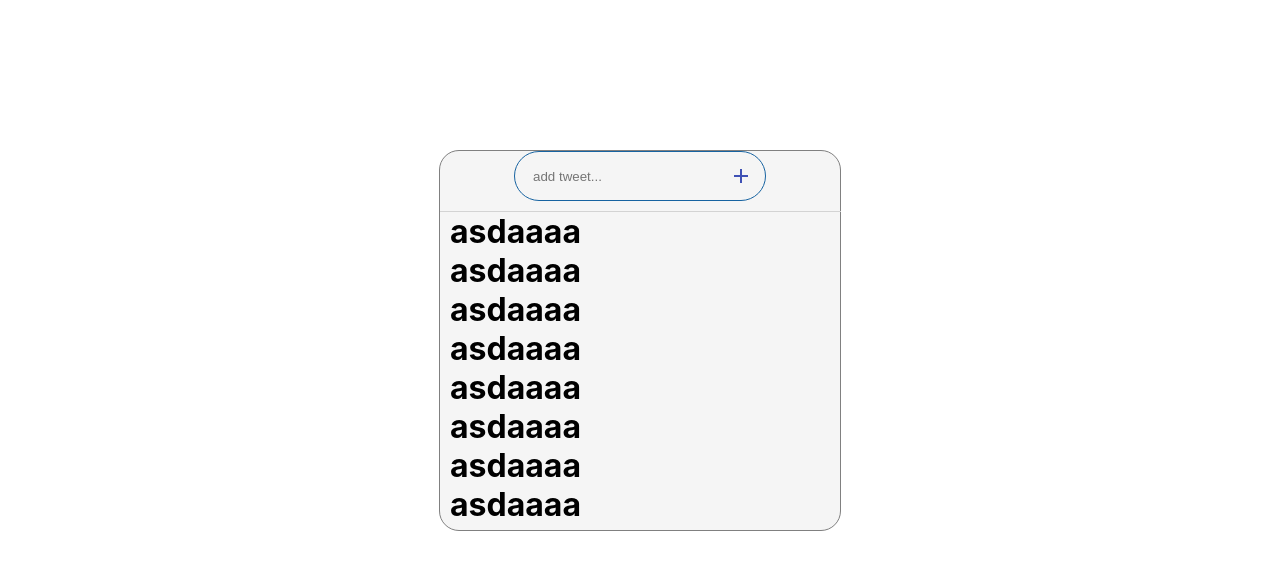
Repository: ehabmelhem/FullStack_Tweetapp
Page: /tweet (app in tweet-app-demo/)
These files come from the project's save history. The page is drawn as it stood at one moment and after the next save; the edit follows.
The browser window is 1280 px wide. The pictures show the whole page.
The project was rebuilt for these pictures with package versions that can differ from the ones it lists, and the page was loaded fresh each time. A package was used in the major version that the imports need, not the one package.json lists. Also part of the build but not shown: tweet-app-demo/src/Componets/Gotweet.js, tweet-app-demo/src/Componets/Login.css, tweet-app-demo/src/Componets/Login.js, tweet-app-demo/src/Componets/SignUp.css, tweet-app-demo/src/Componets/SignUp.js.

Above is the page before, as saved 2021-01-28 20:07:08.

### tweet-app-demo/src/App.js
import "./App.css";
import { useEffect, useState } from "react";
import { BrowserRouter as Router, Switch, Route, Link } from "react-router-dom";
import Login from "./Componets/Login";
import SignUp from "./Componets/SignUp";
import Tweet from "./Componets/Tweet";

function App() {
  return (
    <Router>
      <div className="app">
        <Switch>
          <Route path="/tweet">
            <Tweet />
          </Route>
          <Route path="/login">
            <Login />
          </Route>
          <Route path="/signup">
            <SignUp />
          </Route>
          <Route path="/">
            <Link to="/login">
              <button>Login</button>
            </Link>
            <Link to="/signup">
              <button>SignUp</button>
            </Link>
          </Route>
        </Switch>
      </div>
    </Router>
  );
}

export default App;

### tweet-app-demo/src/App.css
.app {
  position: relative;
  top: 150px;
  width: fit-content;
  margin: 0 auto;
}

### tweet-app-demo/src/Componets/Tweet.js
import React from "react";
import "./Tweet.css";
import IconButton from "@material-ui/core/IconButton";
import AddIcon from "@material-ui/icons/Add";
function Tweet() {
  return (
    <div className="tweet">
      <form className="tweet__form">
        <input placeholder="add tweet..." type="text" name="" id="" />
        <IconButton color="primary">
          <AddIcon />
        </IconButton>
      </form>
      <div className="container">
        <h1>asdaaaa</h1>
        <h1>asdaaaa</h1>
        <h1>asdaaaa</h1>
        <h1>asdaaaa</h1>
        <h1>asdaaaa</h1>
        <h1>asdaaaa</h1>
        <h1>asdaaaa</h1>
        <h1>asdaaaa</h1>
        <h1>asdaaaa</h1>
        <h1>asdaaaa</h1>
        <h1>asdaaaa</h1>
        <h1>asdaaaa</h1>
        <h1>asdaaaa</h1>
        <h1>asdaaaa</h1>
        <h1>asdaaaa</h1>
        <h1>asdaaaa</h1>
        <h1>asdaaaa</h1>
        <h1>asdaaaa</h1>
        <h1>asdaaaa</h1>
        <h1>asdaaaa</h1>
        <h1>asdaaaa</h1>
        <h1>asdaaaa</h1>
        <h1>asdaaaa</h1>
        <h1>asdaaaa</h1>
        <h1>asdaaaa</h1>
        <h1>asdaaaa</h1>
        <h1>asdaaaa</h1>
        <h1>asdaaaa</h1>
        <h1>asdaaaa</h1>
        <h1>asdaaaa</h1>
        <h1>asdaaaa</h1>
        <h1>asdaaaa</h1>
        <h1>asdaaaa</h1>
        <h1>asdaaaa</h1>
        <h1>asdaaaa</h1>
        <h1>asdaaaa</h1>
        <h1>asdaaaa</h1>
        <h1>asdaaaa</h1>
        <h1>asdaaaa</h1>
        <h1>asdaaaa</h1>
        <h1>asdaaaa</h1>
        <h1>asdaaaa</h1>
        <h1>asdaaaa</h1>
        <h1>asdaaaa</h1>
        <h1>asdaaaa</h1>
      </div>
    </div>
  );
}

export default Tweet;

### tweet-app-demo/src/Componets/Tweet.css
.tweet__form {
  margin: 0 auto;
  width: fit-content;
  display: flex;
  align-items: center;
  border: 1px solid rgb(23, 99, 161);
  border-radius: 999px;
}
.tweet__form > input {
  margin-left: 11px;
  padding: 7px;
  outline: none;
  border: none;
  background-color: whitesmoke;
}
.tweet {
  background-color: whitesmoke;
  width: 400px;
  border-radius: 20px;
  border: 1px solid gray;
  z-index: 999;
  height: 379px;
}
/* Hide scrollbar for Chrome, Safari and Opera */

.container::-webkit-scrollbar-track {
  box-shadow: inset 0 0 6px rgba(13, 132, 230, 0.76);
  border-radius: 999px;
}
.container::-webkit-scrollbar {
  width: 10px;
}
.container::-webkit-scrollbar-thumb {
  background-color: rgb(37, 156, 235);
  border-radius: 999px;
}
.container::-webkit-scrollbar-thumb:hover {
  background-color: black;
}
.container {
  border-top: 1px solid lightgray;
  margin: 0 auto;
  margin-top: 10px;
  overflow: scroll;
  scroll-behavior: smooth;
  overflow-x: hidden; /* Hide horizontal scrollbar */
  height: 310px;
  width: fit-content;
  padding-left: 10px;
  padding-right: 260px;
}

Loaded but not shown: tweet-app-demo/public/index.html (common file); tweet-app-demo/src/index.js (common file); tweet-app-demo/src/index.css (common file); tweet-app-demo/src/reportWebVitals.js (common file)

After the next save:
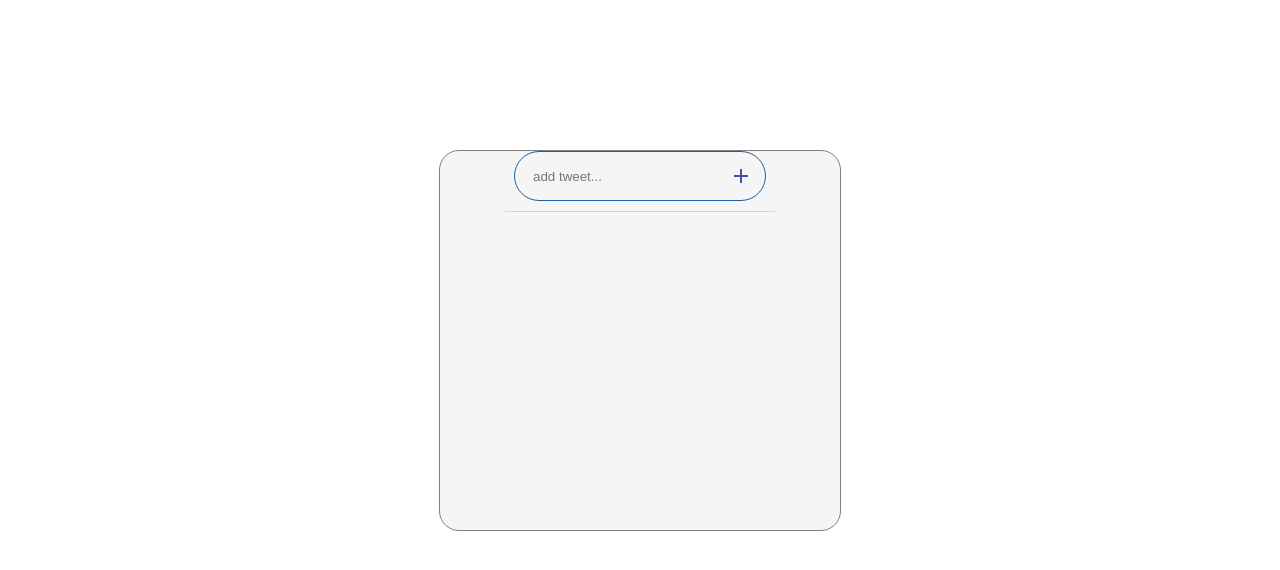
Saved 19 s later.
--- a/tweet-app-demo/src/Componets/Tweet.js
+++ b/tweet-app-demo/src/Componets/Tweet.js
@@ -11,53 +11,7 @@ function Tweet() {
           <AddIcon />
         </IconButton>
       </form>
-      <div className="container">
-        <h1>asdaaaa</h1>
-        <h1>asdaaaa</h1>
-        <h1>asdaaaa</h1>
-        <h1>asdaaaa</h1>
-        <h1>asdaaaa</h1>
-        <h1>asdaaaa</h1>
-        <h1>asdaaaa</h1>
-        <h1>asdaaaa</h1>
-        <h1>asdaaaa</h1>
-        <h1>asdaaaa</h1>
-        <h1>asdaaaa</h1>
-        <h1>asdaaaa</h1>
-        <h1>asdaaaa</h1>
-        <h1>asdaaaa</h1>
-        <h1>asdaaaa</h1>
-        <h1>asdaaaa</h1>
-        <h1>asdaaaa</h1>
-        <h1>asdaaaa</h1>
-        <h1>asdaaaa</h1>
-        <h1>asdaaaa</h1>
-        <h1>asdaaaa</h1>
-        <h1>asdaaaa</h1>
-        <h1>asdaaaa</h1>
-        <h1>asdaaaa</h1>
-        <h1>asdaaaa</h1>
-        <h1>asdaaaa</h1>
-        <h1>asdaaaa</h1>
-        <h1>asdaaaa</h1>
-        <h1>asdaaaa</h1>
-        <h1>asdaaaa</h1>
-        <h1>asdaaaa</h1>
-        <h1>asdaaaa</h1>
-        <h1>asdaaaa</h1>
-        <h1>asdaaaa</h1>
-        <h1>asdaaaa</h1>
-        <h1>asdaaaa</h1>
-        <h1>asdaaaa</h1>
-        <h1>asdaaaa</h1>
-        <h1>asdaaaa</h1>
-        <h1>asdaaaa</h1>
-        <h1>asdaaaa</h1>
-        <h1>asdaaaa</h1>
-        <h1>asdaaaa</h1>
-        <h1>asdaaaa</h1>
-        <h1>asdaaaa</h1>
-      </div>
+      <div className="container"></div>
     </div>
   );
 }
